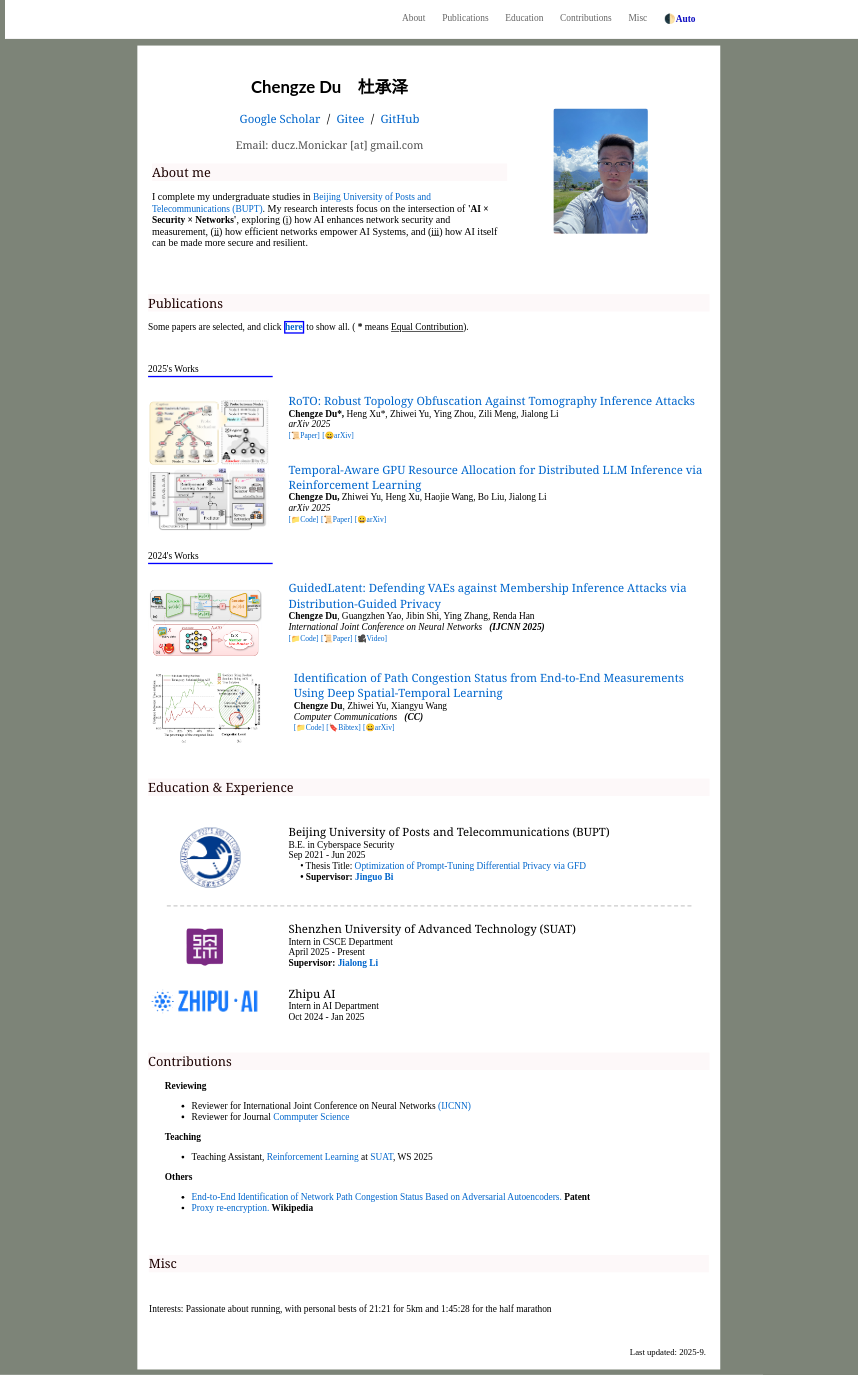
Repository: Monickar/Monickar.github.io
Page: index.html
The author's editor kept a copy of each file at every save. The page is drawn from the files as they stood at one save, then again after the next save.
The browser window is 1280 px wide. The pictures show the whole page, at 67% of full size.

Above is the page before, as saved 2025-10-28 19:01:10.

### index.html
<!DOCTYPE HTML>
<html lang="en">
  <head>
    <meta http-equiv="Content-Type" content="text/html; charset=UTF-8">

    <title>Chengze's Homepage</title>

    <meta name="author" content="Chengze Du">
    <meta name="viewport" content="width=550px, initial-scale=1.0">
    <link rel="shortcut icon" href="./images/IMG_1936.JPG" type="image/x-icon" style="border-radius: 50%;"> <!-- 添加favicon 圆形-->
    <link rel="stylesheet" type="text/css" href="styles.css">
    <style>

      /* * {
        font-family: Cambria, Georgia, serif;

      } */
      * {
        font-size: 14px;

      }


    </style>
  </head>


  <body class="bodycolor">
    <!-- 导航栏 -->
    <nav class="navbar" >
      <div class="nav-container">
        <a href="#" class="nav-brand"> </a>
        <div class="nav-links">
          <a href="#about">About</a>
          <a href="#pub">Publications</a>
          <a href="#education">Education</a>
          <a href="#contributions">Contributions</a>
          <a href="#misc">Misc</a>
          <a id="darkToggle" style="color: rgb(12, 12, 193); font-weight: bolder;">Mode🌓</a>

        </div>
      </div>
    </nav>

    <!-- 原有内容开始 -->
    <table id="about" style="width:100%; background:#FFFFFF; max-width:870px;border:0px;border-spacing:0px;border-collapse:separate;margin-right:auto;margin-left:auto;"><tbody>
      <tr style="padding:0px">
        <td style="padding:0px">
          <table style="width:100%;border:0px;border-spacing:0px;border-collapse:separate;margin-right:auto;margin-left:auto;"><tbody>
            <tr style="padding:0px">
              <td style="padding:2.5%;width:60%;vertical-align:middle">

                <p class="name" style="text-align: center; font-size: 25px;">
                  Chengze Du &ensp;  杜承泽
                </p>

                <p style="text-align:center; font-size: 18px; font-family: Georgia">
                  <a href="https://scholar.google.com/citations?hl=zh-CN&user=y4ty-f4AAAAJ" class="papertitle">Google Scholar</a> &nbsp;/&nbsp;
                  <a href="https://gitee.com/monickar" class="papertitle">Gitee</a> &nbsp;/&nbsp;
                  <a href="https://github.com/Monickar" class="papertitle">GitHub</a>
                </p>

                <p style="text-align:center; font-size: 16px; font-family: Cambria; color: rgb(80, 80, 80);">
                Email: ducz.Monickar [at] gmail.com
                </p>
                <h2 class="subtitle">About me</h2>

                <p style="font-size: 15px;"> I complete my undergraduate studies in <a href="https://www.bupt.edu.cn/">Beijing University of Posts and Telecommunications (BUPT)</a>.
                  My research interests focus on the intersection of <strong>'AI <strong>×</strong> Security <strong>×</strong> Networks'</strong>, exploring (<u>i</u>) how AI enhances network security and measurement, (<u>ii</u>) how efficient networks empower AI Systems, and (<u>iii</u>) how AI itself can be made more secure and resilient.

                </p>
              </td>
              <td style="padding:5.5%; width:31%; max-width:37%; padding-top:10%;">
                <a href="https://ccfddl.com/"><img style="width:70%; max-width:70%;object-fit: cover; border-radius: 2%;" alt="profile photo" src="images/chengze.jpg" class="hoverZoomLink"></a>
              </td>
            </tr>
          </tbody></table>


      <table id="pub" style="width:100%;border:0px;border-spacing:0px;border-collapse:separate;margin-right:auto;margin-left:auto;"><tbody>
          <tr>
          <td style="padding:16px;width:100%;vertical-align:middle">
            <h2 class="subtitle">Publications</h2>
            <p>
             Some papers are selected, and click <strong><a href="FullPaperList.html" class="text-with-border">here</a></strong> to show all.
              ( <strong>*</strong> means <u>Equal Contribution</u>).
            </p>
             <!-- Some works are <span class="highlight">highlighted</span>.  -->
          </td>
        </tr>
      </tbody></table>
      <table style="width:100%;border:0px;border-spacing:0px;border-collapse:separate;margin-right:auto;margin-left:auto;"><tbody>


      <!-- 2025 分隔符 -->
      <td style="padding:16px; width:25%; vertical-align:middle; margin-top: 2px;">
        <span class="year">2025's Works</span>
        <div style="height: 2px; background-color: blue; margin-top: 2px;"></div>
      </td>

      <tr >
        <td style="padding:16px;width:25%;vertical-align:top">
          <div class="one">
            <img src="images/RoTO-1.png" class="top" alt="SecureNT alternate" width="180" height="100">
            <img src="images/RoTO-2.png" class="bottom" alt="SecureNT" style="width:180px; height:65px;">
          </div>
        </td>
        <td style="padding:8px;width:80%; vertical-align:top">
          <a href="https://arxiv.org/abs/2508.12852">
        <span class="papertitle">RoTO: Robust Topology Obfuscation Against Tomography Inference Attacks</span>
          </a>
          <br>
          <strong>Chengze Du*,</strong>
          Heng Xu*,
          Zhiwei Yu,
          Ying Zhou,
          Zili Meng,
          Jialong Li

          <br>
          <em>arXiv  2025</em>
          <br>
          <!-- <a href="" style="font-size: 0.8em;">[📁Code]</a> -->
          <a href="https://arxiv.org/pdf/2508.12852" style="font-size: 0.8em;">[📜Paper]</a>
          <a href="https://arxiv.org/abs/2508.12852" style="font-size: 0.8em;">[😀arXiv]</a>
          <p></p>
        </td>
      </tr>



      <tr >
        <td style="padding:16px;width:20%;vertical-align:top">
          <div class="one">
            <img src="images/gpu_infer_component.png" class="top" alt="SecureNT alternate" width="180" height="100">
            <img src="images/tcc_intro.png" class="bottom" alt="SecureNT" style="width:180px; height:90px;">
          </div>
        </td>
        <td style="padding:8px;width:80%; vertical-align:middle">
          <a href="https://arxiv.org/abs/2507.10259">
        <span class="papertitle">Temporal-Aware GPU Resource Allocation for Distributed LLM Inference via Reinforcement Learning</span>
          </a>
          <br>
          <strong>Chengze Du,</strong>
          Zhiwei Yu,
          Heng Xu,
          Haojie Wang,
          Bo Liu,
          Jialong Li

          <br>
          <em>arXiv  2025</em>
          <br>
          <a href="https://gitee.com/Monickar/OT4GpuInference" style="font-size: 0.8em;">[📁Code]</a>
          <a href="https://arxiv.org/pdf/2507.10259" style="font-size: 0.8em;">[📜Paper]</a>
          <a href="https://arxiv.org/abs/2507.10259" style="font-size: 0.8em;">[😀arXiv]</a>
          <p></p>

        </td>
      </tr>


      <!-- 2024 分隔符 -->
      <td style="padding:16px; width:20%; vertical-align:middle; margin-top: 2px;">
        <span class="year">2024's Works</span>
        <div style="height: 2px; background-color: blue; margin-top: 2px;"></div>
      </td>

      <tr >
        <td style="padding:16px;width:20%;vertical-align:top">
          <div class="one">
            <img src="images/anti-vae.png" class="top" alt="SecureNT alternate" width="170" height="110">
            <img src="images/vae-anti-mia.png" class="bottom" alt="SecureNT" style="width:170px; height:85px;">
          </div>
        </td>
        <td style="padding:8px;width:80%; vertical-align:top">
          <a href="">
        <span class="papertitle">GuidedLatent: Defending VAEs against Membership Inference Attacks via Distribution-Guided Privacy
          </a>
          <br>
          <strong>Chengze Du</strong>,
                  Guangzhen Yao,
                  Jibin Shi,
                  Ying Zhang,
                  Renda Han
          <br>
          <em>International Joint Conference on Neural Networks <strong>&nbsp (IJCNN 2025)</strong></em>
          <br>
          <a href="https://anonymous.4open.science/r/VAE-Anti-MIA-DB1A/README.md" style="font-size: 0.8em;">[📁Code]</a>
          <a href="./files/IJCNN_2025.pdf" style="font-size: 0.8em;">[📜Paper]</a>
          <!-- <a href="./files/" style="font-size: 0.8em;">[😀arXiv]</a> -->
          <a href="https://vimeo.com/1095995168" style="font-size: 0.8em;">[🎥Video]</a>
          <!-- <a href="https://arxiv.org/abs/2412.10762" style="font-size: 0.8em;">[📄Poster]</a> -->
          <br>
          <br>
        </td>
      </tr>




    <tr>
      <td style="padding:16px;width:20%;vertical-align:top">
          <div class="one">
            <img src="images/CC_1.png" class="top" alt="SecureNT alternate" width="170" height="110">
            <img src="images/AAE-LSTM.png" class="bottom" alt="SecureNT" style="width:170px; height:110px;">
          </div>
      </td>
      <td style="padding:16px;width:70%;vertical-align:top">
        <a href="https://www.sciencedirect.com/science/article/pii/S0140366425001513">
          <span class="papertitle">Identification of Path Congestion Status from End-to-End Measurements Using Deep Spatial-Temporal Learning</span>
        </a>
        <br>
        <strong>Chengze Du</strong>,
        Zhiwei Yu, Xiangyu Wang
        <br>
        <em>Computer Communications  &nbsp <strong>(CC)</strong> </em>
        <br>
        <a href="https://github.com/Monickar/ACS" style="font-size: 0.8em;">[📁Code]</a>
        <a href="./Bibtex/CC_NT_2025.txt" style="font-size: 0.8em;">[🔖Bibtex]</a>
        <a href="https://arxiv.org/abs/2412.10762" style="font-size: 0.8em;">[😀arXiv]</a>
      </td>
    </tr>

          </tbody></table>

          <table style="width:100%;border:0px;border-spacing:0px;border-collapse:separate;margin-right:auto;margin-left:auto;"><tbody>
            <tr>
            <td style="padding:16px;width:100%;vertical-align:middle">
              <h2 class="subtitle">Education & Experience</h2>
            </td>
          </tr>
        </tbody></table>

        <!-- 教育经历 -->
        <table id="education" style="width:100%;border:0px;border-spacing:0px;border-collapse:separate;margin-right:auto;margin-left:auto;"><tbody>

          <tr>
            <td style="padding:16px;width:25%;vertical-align:middle"> <!-- 图片设置为居中 -->
              <img src="images/bupt-logo-1.png" alt="BUPT" width="90" style="display: block; margin: 0 auto;">
            </td>
            <td style="padding:8px;width:75%;vertical-align:middle">
              <span class="papertitle">Beijing University of Posts and Telecommunications (BUPT)</span>
              <br>
              B.E. in Cyberspace Security
              <br>
              Sep 2021 - Jun 2025
              <br>
                &emsp; • Thesis Title:
                 <color="#1772D0"> <a href="https://gitee.com/Monickar/Bachelor_Thesis" >  Optimization of Prompt-Tuning Differential Privacy via GFD</a> </font>
              <br>
              <strong>
                &emsp; • Supervisor: <a href="https://scss.bupt.edu.cn/info/1063/3984.htm">Jinguo Bi</a>
              </strong>
              <p></p>
            </td>

          </tr>

          <!-- 添加虚线分隔符 -->
          <tr>
            <td colspan="2" style="padding: 10px 0">
              <div style="border-top: 2px dashed #ccc; width: 90%; margin: 0 auto;"></div>
            </td>
          </tr>

          <tr>
            <td style="padding:16px 16px 8px 16px;width:20%;vertical-align:middle">
              <img src="images/suat-logo.png" alt="Internship" width="170">
            </td>
            <td style="padding:4px 8px 4px 8px;width:80%;vertical-align:middle">
              <span class="papertitle">Shenzhen University of Advanced Technology (SUAT) </span>
              <br>
              Intern in CSCE Department
              <br>
              April 2025 - Present
              <br>
              <strong>Supervisor: <a href="https://franklee94.github.io/index.html">Jialong Li</a></strong>
            </td>
          </tr>

          <tr>
            <td style="padding:16px;width:20%;vertical-align:middle">
              <img src="images/Zhipu_AI.png" alt="Internship" width="170">
            </td>
            <td style="padding:8px;width:80%;vertical-align:middle">
              <span class="papertitle"> Zhipu AI</span>
              <br>
              Intern in AI Department
              <br>
              Oct 2024 - Jan 2025
          </tr>

        </tbody></table>

 <!-- 专利 -->

 <table id="contributions" style="width:100%;border:0px;border-spacing:0px;border-collapse:separate;margin-right:auto;margin-left:auto;"><tbody>
  <tr>
    <td style="padding:16px; width:100%; vertical-align:middle">
      <h2 class="subtitle">Contributions</h2>

      <div style="padding-left: 25px;">
        <h3>Reviewing</h3>
        <ul>
          <li>Reviewer for International Joint Conference on Neural Networks <a href="https://ijcnn2024.org/">(IJCNN) </a>  </li>
          <li>Reviewer for Journal <a href="https://www.jsjkx.com/EN/1002-137X/home.shtml"> Commputer Science </a>  </li>
        </ul>
      </div>

      <div style="padding-left: 25px;">
        <h3>Teaching</h3>
        <ul>
          <li>Teaching Assistant,<a href=""> Reinforcement Learning </a> at <a href="https://suat-sz.edu.cn/en/">SUAT</a>, WS 2025</li>

        </ul>
      </div>


      <div style="padding-left: 25px;">

        <h3>  Others</h3>
      <ul>
        <li> <a href="https://patentimages.storage.googleapis.com/00/00/00/0000000000000000000000000000000000000000000000000000000000000000.pdf"> End-to-End Identification of Network Path Congestion Status
          Based on Adversarial Autoencoders.</a> <strong>Patent</strong></li>
        <li><a href="https://zh.wikipedia.org/wiki/%E4%BB%A3%E7%90%86%E9%87%8D%E5%8A%A0%E5%AF%86">Proxy re-encryption.</a> <strong>Wikipedia</strong></li>
      </ul>
      </div>






    </td>
  </tr>
</tbody></table>



		<table style="width:100%; margin:0 auto; border:0; border-spacing:0; padding:16px;"><tbody>
            <tr>
              <td>
                <h2 class="subtitle">Misc</h2>
              </td>
            </tr>
          </tbody></table>
          <table id="misc" style="width:100%;border:0px;border-spacing:0px;border-collapse:separate;margin-right:auto;margin-left:auto;"><tbody>

        <!-- 其他内容 : Interests: Passionate about running, with personal bests of 21:21 for 5km and 1:45:28 for the half marathon-->
        <p>&emsp; Interests: Passionate about running, with personal bests of 21:21 for 5km and 1:45:28 for the half marathon</p>

          </tbody></table>
          <table style="width:100%; border:5px;border-spacing:0px;border-collapse:separate;margin-right:auto;margin-left:auto;"><tbody>
            <tr>
              <td style="padding:5px">
                <br>
                <p style="text-align:right;font-size:small;">
                  Last updated: 2025-9. &emsp;
                </p>
              </td>
            </tr>
          </tbody></table>


        </td>
      </tr>
    </table>

    <script>
    const btn = document.getElementById('darkToggle');
    const mode = localStorage.getItem('mode') || 'auto'; // 'auto', 'dark', 'light'

    function isDarkTime() {
      const hour = new Date().getHours();
      return hour >= 18 || hour < 6; // 20:00-6:00: dark time
    }

    function applyTheme() {
      const shouldBeDark = mode === 'dark' || (mode === 'auto' && isDarkTime());
      document.body.classList.toggle('dark', shouldBeDark);


      if (mode === 'auto') {
        btn.textContent = '🌓Auto';
        btn.title = 'Turn Dark';
      } else {
        btn.textContent = shouldBeDark ? '🌓Dark' : '🌓Light';
        btn.title = shouldBeDark ? 'Turn Light' : 'Turn Auto';
      }
    }

    btn.onclick = () => {
      const modes = ['light', 'auto', 'dark'];
      const idx = modes.indexOf(mode);
      const newMode = modes[(idx + 1) % 3];
      localStorage.setItem('mode', newMode);
      location.reload(); // 简单刷新应用新模式
    };

    applyTheme();
    // 每分钟检查一次时间（仅在自动模式下有用）
    if (mode === 'auto') setInterval(applyTheme, 1000000);
    </script>


  </body>
</html>

### styles.css
.name {
  padding-top: 20px;
  margin: 0;
  font-family: 'Lato', Cambria, Georgia, serif;
  font-size: 10px;
  font-weight: bold;
}

.papertitle {
  font-family: Cambria, Georgia, Helvetica, sans-serif;
  font-size: 17px;
  font-weight: 550;
}

.subtitle {
  font-family:  Georgia, Helvetica, sans-serif;
  font-size: 19px;
  font-weight: 550;
  color: #1e0202;
  background-color: rgb(253, 248, 249)
}

.bodycolor {
  background-color: #7d8478;
}

a {
    color: #0066cc; /* 设置链接颜色为蓝色 */
    text-decoration: none;
}

a:focus,

a:hover {
    text-decoration: underline;
    color: #f09228;
}

.text-with-border {
border: 2px solid blue; /* 边框宽度为 2px，样式为实线，颜色为蓝色 */
}
/* 导航栏样式 */
.navbar {
  background-color: #ffffff;
  padding: 15px 0;
  border-bottom: 1px solid #eee;
  position: fixed;
  top: 0;
  width: 100%;
  z-index: 1000;
}

.nav-container {
  max-width: 800px;
  margin: 0 auto;
  display: flex;
  justify-content: space-between;
  align-items: center;
}

.nav-brand {
  font-size: 1.5em;
  font-weight: bold;
  color: #333;
  text-decoration: none;
}

.nav-links {
  display: flex;
  gap: 20px;
}

.nav-links a {
  color: #666;
  text-decoration: none;
  padding: 5px 10px;
  transition: color 0.3s ease;
}

.nav-links a:hover {
  color: #1772D0;
}

/* 为了防止内容被导航栏遮挡 */
body {
  padding-top: 60px;
}

/* 修改图片切换相关的样式 */
.one {
  position: relative;
  display: inline-block;
}

.one img {
  position: absolute;
  left: 0;
  top: 0;
  transition: opacity 0.2s ease-in-out;
}

.one img.bottom {
  z-index: 1;
  position: relative;
}

.one img.top {
  z-index: 2;
}

.one:hover img.top {
  opacity: 0;
}

.hidden-link {
  color: inherit;
  text-decoration: none;
  cursor: default;
}

.hidden-link:hover {
  color: inherit;
  text-decoration: none;
}

body {
  font-size: 15px; /* 默认大小，可修改为所需值 */
}

body.dark {
  background: #1a1a1a !important;
  color: #e0e0e0 !important;
}

body.dark .navbar,
body.dark table {
  background: #2d2d2d !important;
}

body.dark a {
  color: #66b3ff !important;
}

body.dark .nav-links a {
  color: #b0b0b0 !important;
}

body.dark .nav-links a:hover {
  color: #66b3ff !important;
}

body.dark .papertitle {
  color: #66b3ff !important;
}

body.dark .year {
  color: #66b3ff !important;
}


.navbar {
  width: 100%; /* 占满屏幕宽度 */
}
.nav-container {
  display: flex;
  justify-content: space-between; /* 内容左右分布 */
  align-items: center;

}

.nav-links {
  display: flex;
  gap: 5px; /* 链接间添加间隔 */
}

After the next save:
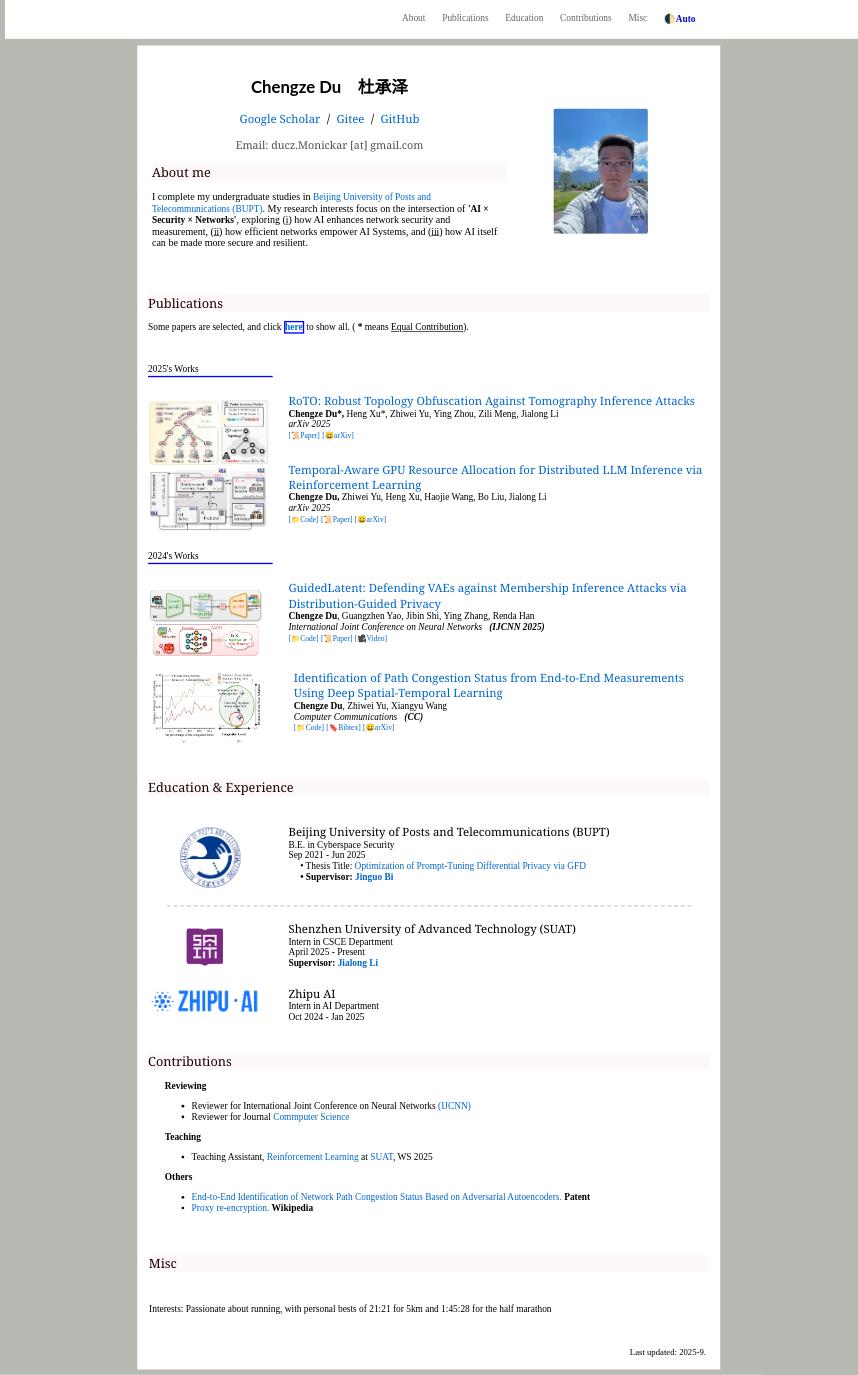
Saved 4 s later.
--- a/styles.css
+++ b/styles.css
@@ -21,7 +21,7 @@
 }
 
 .bodycolor {
-  background-color: #7d8478;
+  background-color: #b6bab3;
 }
 
 a {
